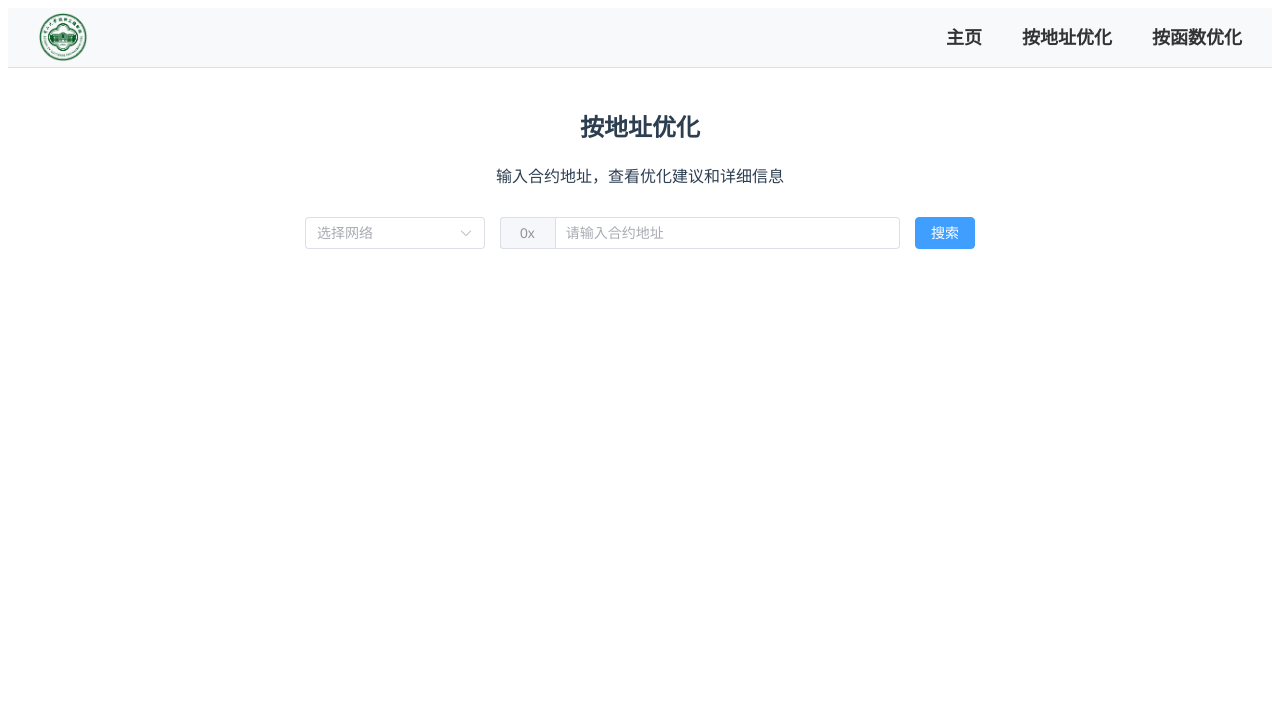
Repository: syckcoding/SmartHalo
Page: /address-optimization
These files come from the project's save history. The page is drawn as it stood at one moment and after the next save; the edit follows.
The browser window is 1280 px wide. The pictures show the whole page.
The project was rebuilt for these pictures with package versions that can differ from the ones it lists, and the page was loaded fresh each time. Also part of the build but not shown: vite.config.js, src/components/HomePage.vue, src/views/Home.vue, src/views/Detail.vue, src/components/FunctionOptimization.vue.

Above is the page before, as saved 2024-10-06 09:10:03.

### src/main.js
import { createApp } from 'vue';
import App from './App.vue';
import router from './router';
import ElementPlus from 'element-plus';
import 'element-plus/dist/index.css';

createApp(App).use(router).use(ElementPlus).mount('#app');

### src/App.vue
<template>
  <div id="app">
    <Navbar />
    <router-view />
  </div>
</template>

<script>
import Navbar from './components/Navbar.vue';

export default {
  components: {
    Navbar,
  },
};
</script>

<style>
/* 样式设置 */
#app {
  font-family: Avenir, Helvetica, Arial, sans-serif;
  text-align: center;
  color: #2c3e50;
}
</style>

### src/router/index.js
import { createRouter, createWebHistory } from 'vue-router';
import Home from '../views/Home.vue';
import Detail from '../views/Detail.vue';
import AddressOptimization from '@/components/AddressOptimization.vue';
import FunctionOptimization from '@/components/FunctionOptimization.vue';

const routes = [
  { path: '/', name: 'Home', component: Home },
  { path: '/detail/:id', name: 'Detail', component: Detail, props: true },
  { path: '/address-optimization', name: 'AddressOptimization', component: AddressOptimization },
  { path: '/function-optimization', name: 'FunctionOptimization', component: FunctionOptimization },
];

const router = createRouter({
  history: createWebHistory(process.env.BASE_URL),
  routes,
});

export default router;

### src/components/Navbar.vue
<template>
  <el-menu :default-active="activeIndex" class="el-menu-demo" mode="horizontal" router>
    <el-menu-item index="0" class="logo-item">
      <img src="@/assets/intro-image.png" alt="工具LOGO" class="intro-logo" />
    </el-menu-item>
    <div class="menu-right">
      <el-menu-item index="1" @click="goToHome">主页</el-menu-item>
      <el-menu-item index="2" @click="goToAddressOptimization">按地址优化</el-menu-item>
      <el-menu-item index="3" @click="goToFunctionOptimization">按函数优化</el-menu-item>
    </div>
  </el-menu>
</template>

<script>
export default {
  data() {
    return {
      activeIndex: '1',
    };
  },
  methods: {
    goToHome() {
      this.activeIndex = '1';
      this.$router.push({ name: 'Home' });
    },
    goToAddressOptimization() {
      this.activeIndex = '2';
      this.$router.push({ name: 'AddressOptimization' });
    },
    goToFunctionOptimization() {
      this.activeIndex = '3';
      this.$router.push({ name: 'FunctionOptimization', params: { mode: 'function' } });
    },
  },
};
</script>

<style scoped>
.el-menu-demo {
  background-color: #f8f9fa;  /* 浅灰色背景，与主页阴影一致 */
  color: #333;
  padding: 10px;
  display: flex;  /* 使用Flex布局 */
  align-items: center;
  justify-content: space-between; /* 主轴两端对齐，使左侧logo与右侧菜单分别靠边 */
}

.logo-item {
  pointer-events: none;
}

.intro-logo {
  width: 50px;
  height: 50px;
  margin-right: 20px;
}

.el-menu-demo .el-menu-item {
  color: #333;
  font-size: 18px;
  font-weight: bold;
  padding: 0 20px;
  transition: color 0.3s ease;
}

.menu-right {
  display: flex;
}
</style>

### src/components/AddressOptimization.vue
<template>
    <div class="address-optimization-page">
      <div class="header">
        <h2>按地址优化</h2>
        <p>输入合约地址，查看优化建议和详细信息</p>
      </div>

      <div class="search-section">
        <el-select v-model="selectedNetwork" placeholder="选择网络" class="network-select">
          <el-option label="Ethereum" value="eth"></el-option>
          <el-option label="Bitcoin" value="btc"></el-option>
          <el-option label="Binance Smart Chain" value="bsc"></el-option>
        </el-select>
        <el-input v-model="searchQuery" placeholder="请输入合约地址" class="address-input">
          <template #prepend>0x</template>
        </el-input>
        <el-button type="primary" @click="handleSearch">搜索</el-button>
      </div>

      <div v-if="searchResult" class="result">
        <el-card class="result-card">
          <h3>搜索结果</h3>
          <p>{{ searchResult }}</p>
          <el-alert type="success" title="优化成功" description="该合约地址经过优化，性能和安全性得到了显著提升。" show-icon></el-alert>
        </el-card>
      </div>
    </div>
  </template>

  <script>
  export default {
    data() {
      return {
        selectedNetwork: '',
        searchQuery: '',
        searchResult: '',
      };
    },
    methods: {
      handleSearch() {
        if (this.searchQuery) {
          this.searchResult = `您输入的合约地址是：${this.searchQuery}`;
        } else {
          this.$message({
            message: '请输入有效的合约地址',
            type: 'warning',
          });
        }
      },
    },
  };
  </script>

  <style scoped>
  .address-optimization-page {
    padding: 20px;
    text-align: center;
  }

  .header {
    margin-bottom: 30px;
  }

  .search-section {
    display: flex;
    justify-content: center;
    align-items: center;
    gap: 15px;
    margin-bottom: 40px;
  }

  .network-select {
    width: 180px;
  }

  .address-input {
    width: 400px;
  }

  .result {
    display: flex;
    justify-content: center;
  }

  .result-card {
    width: 500px;
    text-align: left;
    padding: 20px;
  }
  </style>

Loaded but not shown: index.html (common file)

After the next save:
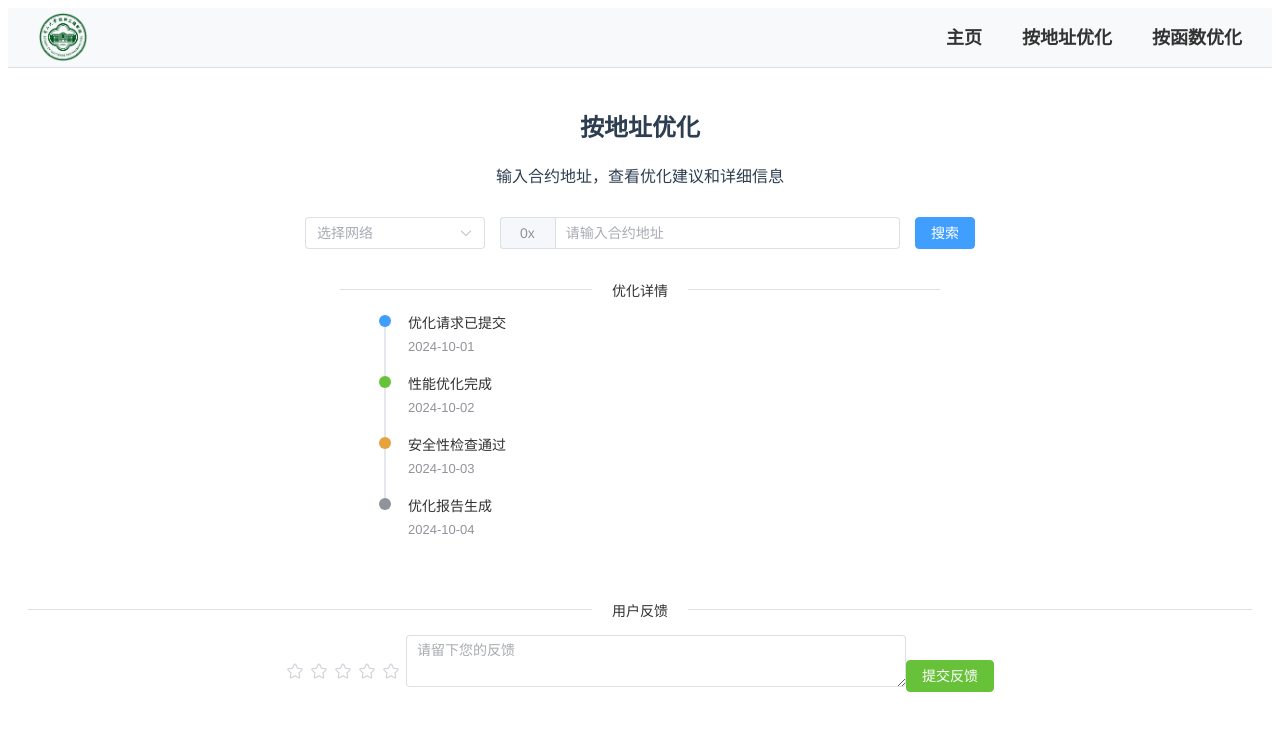
Saved 43 min 51 s later.
--- a/src/components/AddressOptimization.vue
+++ b/src/components/AddressOptimization.vue
@@ -1,4 +1,4 @@
-<template>
+<!-- <template>
     <div class="address-optimization-page">
       <div class="header">
         <h2>按地址优化</h2>
@@ -87,4 +87,151 @@
     text-align: left;
     padding: 20px;
   }
+  </style> -->
+
+  <template>
+    <div class="address-optimization-page">
+      <div class="header">
+        <h2>按地址优化</h2>
+        <p>输入合约地址，查看优化建议和详细信息</p>
+      </div>
+
+      <div class="search-section">
+        <el-select v-model="selectedNetwork" placeholder="选择网络" class="network-select">
+          <el-option label="Ethereum" value="eth"></el-option>
+          <el-option label="Bitcoin" value="btc"></el-option>
+          <el-option label="Binance Smart Chain" value="bsc"></el-option>
+        </el-select>
+        <el-input v-model="searchQuery" placeholder="请输入合约地址" class="address-input">
+          <template #prepend>0x</template>
+        </el-input>
+        <el-button type="primary" @click="handleSearch">搜索</el-button>
+      </div>
+
+      <div v-if="searchResult" class="result">
+        <el-card class="result-card">
+          <h3>搜索结果</h3>
+          <p>{{ searchResult }}</p>
+          <el-alert type="success" title="优化成功" description="该合约地址经过优化，性能和安全性得到了显著提升。" show-icon></el-alert>
+        </el-card>
+      </div>
+
+      <div class="additional-info" v-if="additionalInfo">
+        <el-divider>优化详情</el-divider>
+        <el-timeline>
+          <el-timeline-item timestamp="2024-10-01" type="primary">优化请求已提交</el-timeline-item>
+          <el-timeline-item timestamp="2024-10-02" type="success">性能优化完成</el-timeline-item>
+          <el-timeline-item timestamp="2024-10-03" type="warning">安全性检查通过</el-timeline-item>
+          <el-timeline-item timestamp="2024-10-04" type="info">优化报告生成</el-timeline-item>
+        </el-timeline>
+      </div>
+
+      <div class="feedback-section">
+        <el-divider>用户反馈</el-divider>
+        <el-rate v-model="rating" show-text class="rating"></el-rate>
+        <el-input type="textarea" v-model="feedback" placeholder="请留下您的反馈" class="feedback-input"></el-input>
+        <el-button type="success" @click="submitFeedback">提交反馈</el-button>
+      </div>
+    </div>
+  </template>
+
+  <script>
+  export default {
+    data() {
+      return {
+        selectedNetwork: '',
+        searchQuery: '',
+        searchResult: '',
+        additionalInfo: true,
+        rating: 0,
+        feedback: '',
+      };
+    },
+    methods: {
+      handleSearch() {
+        if (this.searchQuery) {
+          this.searchResult = `您输入的合约地址是：${this.searchQuery}`;
+        } else {
+          this.$message({
+            message: '请输入有效的合约地址',
+            type: 'warning',
+          });
+        }
+      },
+      submitFeedback() {
+        if (this.feedback) {
+          this.$message({
+            message: '感谢您的反馈！',
+            type: 'success',
+          });
+          this.feedback = '';
+          this.rating = 0;
+        } else {
+          this.$message({
+            message: '请填写反馈内容',
+            type: 'warning',
+          });
+        }
+      },
+    },
+  };
+  </script>
+
+  <style scoped>
+  .address-optimization-page {
+    padding: 20px;
+    text-align: center;
+  }
+
+  .header {
+    margin-bottom: 30px;
+  }
+
+  .search-section {
+    display: flex;
+    justify-content: center;
+    align-items: center;
+    gap: 15px;
+    margin-bottom: 40px;
+  }
+
+  .network-select {
+    width: 180px;
+  }
+
+  .address-input {
+    width: 400px;
+  }
+
+  .result {
+    display: flex;
+    justify-content: center;
+  }
+
+  .result-card {
+    width: 500px;
+    text-align: left;
+    padding: 20px;
+  }
+
+  .additional-info {
+    margin-top: 40px;
+    text-align: left;
+    max-width: 600px;
+    margin-left: auto;
+    margin-right: auto;
+  }
+
+  .feedback-section {
+    margin-top: 50px;
+  }
+
+  .rating {
+    margin-bottom: 20px;
+  }
+
+  .feedback-input {
+    width: 500px;
+    margin-bottom: 20px;
+  }
   </style>
